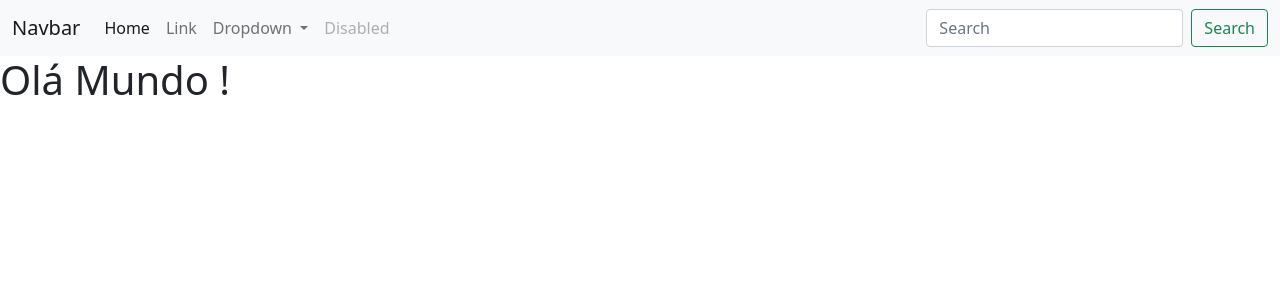
Repository: williammatosdev/agencia_de_Viagem_Java
Page: javacrud/src/main/webapp/index.html
The author's editor kept a copy of each file at every save. The page is drawn from the files as they stood at one save, then again after the next save.
The browser window is 1280 px wide. The pictures show the whole page.

Above is the page before, as saved 2022-02-06 16:08:38.

### javacrud/src/main/webapp/index.html
<!DOCTYPE html>
<html>
<head>
<meta charset="ISO-8859-1">
<title>Java Crud - Cadastro de Cliente | Home</title>
<!-- CSS only -->
<link href="https://cdn.jsdelivr.net/npm/bootstrap@5.1.3/dist/css/bootstrap.min.css" rel="stylesheet" integrity="sha384-1BmE4kWBq78iYhFldvKuhfTAU6auU8tT94WrHftjDbrCEXSU1oBoqyl2QvZ6jIW3" crossorigin="anonymous">
</head>
<body>
<nav class="navbar navbar-expand-lg navbar-light bg-light">
  <div class="container-fluid">
    <a class="navbar-brand" href="#">Navbar</a>
    <button class="navbar-toggler" type="button" data-bs-toggle="collapse" data-bs-target="#navbarSupportedContent" aria-controls="navbarSupportedContent" aria-expanded="false" aria-label="Toggle navigation">
      <span class="navbar-toggler-icon"></span>
    </button>
    <div class="collapse navbar-collapse" id="navbarSupportedContent">
      <ul class="navbar-nav me-auto mb-2 mb-lg-0">
        <li class="nav-item">
          <a class="nav-link active" aria-current="page" href="#">Home</a>
        </li>
        <li class="nav-item">
          <a class="nav-link" href="#">Link</a>
        </li>
        <li class="nav-item dropdown">
          <a class="nav-link dropdown-toggle" href="#" id="navbarDropdown" role="button" data-bs-toggle="dropdown" aria-expanded="false">
            Dropdown
          </a>
          <ul class="dropdown-menu" aria-labelledby="navbarDropdown">
            <li><a class="dropdown-item" href="#">Action</a></li>
            <li><a class="dropdown-item" href="#">Another action</a></li>
            <li><hr class="dropdown-divider"></li>
            <li><a class="dropdown-item" href="#">Something else here</a></li>
          </ul>
        </li>
        <li class="nav-item">
          <a class="nav-link disabled">Disabled</a>
        </li>
      </ul>
      <form class="d-flex">
        <input class="form-control me-2" type="search" placeholder="Search" aria-label="Search">
        <button class="btn btn-outline-success" type="submit">Search</button>
      </form>
    </div>
  </div>
</nav>
<h1>Olá Mundo !</h1>
<!-- JavaScript Bundle with Popper -->
<script src="https://cdn.jsdelivr.net/npm/bootstrap@5.1.3/dist/js/bootstrap.bundle.min.js" integrity="sha384-ka7Sk0Gln4gmtz2MlQnikT1wXgYsOg+OMhuP+IlRH9sENBO0LRn5q+8nbTov4+1p" crossorigin="anonymous"></script>
</body>
</html>

After the next save:
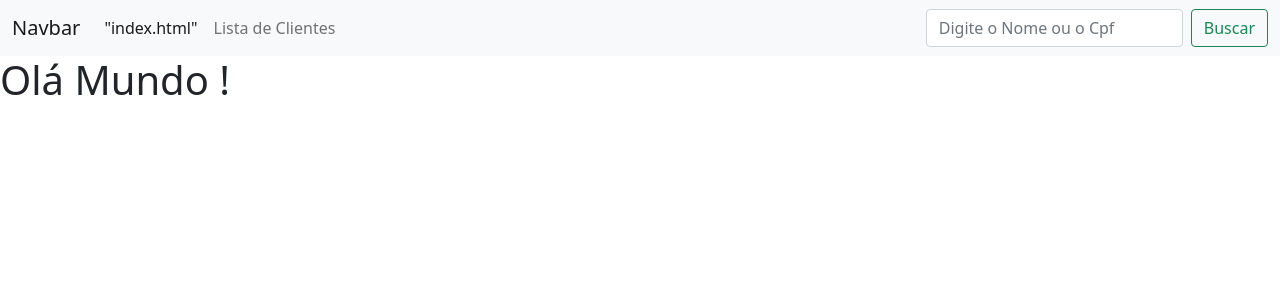
Saved 6 min 28 s later.
--- a/javacrud/src/main/webapp/index.html
+++ b/javacrud/src/main/webapp/index.html
@@ -16,29 +16,15 @@
     <div class="collapse navbar-collapse" id="navbarSupportedContent">
       <ul class="navbar-nav me-auto mb-2 mb-lg-0">
         <li class="nav-item">
-          <a class="nav-link active" aria-current="page" href="#">Home</a>
+          <a class="nav-link active" aria-current="page" href="#">"index.html"</a>
         </li>
         <li class="nav-item">
-          <a class="nav-link" href="#">Link</a>
-        </li>
-        <li class="nav-item dropdown">
-          <a class="nav-link dropdown-toggle" href="#" id="navbarDropdown" role="button" data-bs-toggle="dropdown" aria-expanded="false">
-            Dropdown
-          </a>
-          <ul class="dropdown-menu" aria-labelledby="navbarDropdown">
-            <li><a class="dropdown-item" href="#">Action</a></li>
-            <li><a class="dropdown-item" href="#">Another action</a></li>
-            <li><hr class="dropdown-divider"></li>
-            <li><a class="dropdown-item" href="#">Something else here</a></li>
-          </ul>
-        </li>
-        <li class="nav-item">
-          <a class="nav-link disabled">Disabled</a>
+          <a class="nav-link" href="#">Lista de Clientes</a>
         </li>
       </ul>
       <form class="d-flex">
-        <input class="form-control me-2" type="search" placeholder="Search" aria-label="Search">
-        <button class="btn btn-outline-success" type="submit">Search</button>
+        <input name="pesquisa" class="form-control me-2" type="search" placeholder="Digite o Nome ou o Cpf" aria-label="Search">
+        <button class="btn btn-outline-success" type="submit">Buscar</button>
       </form>
     </div>
   </div>
